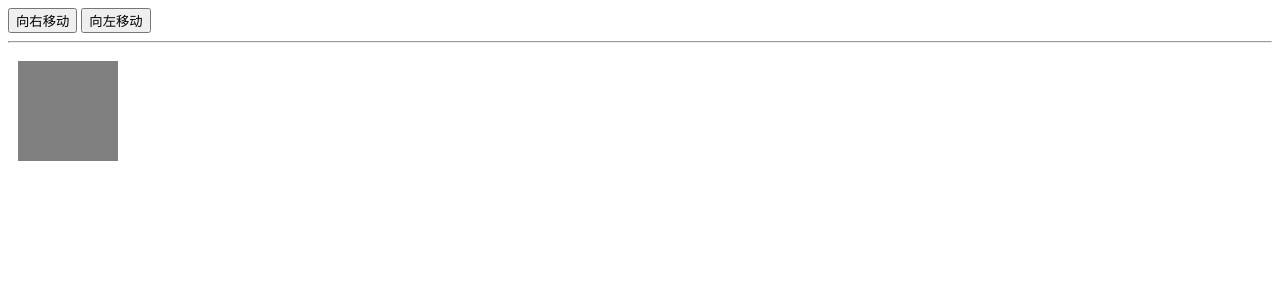
Repository: jsjchai/springmvc_study
Page: springmvc/jquery/jquery_Test/WebContent/jqueryTest15.html
These files come from the project's save history. The page is drawn as it stood at one moment and after the next save; the edit follows.
The browser window is 1280 px wide. The pictures show the whole page.

Above is the page before, as saved 2015-04-06 12:24:31.

After the next save:
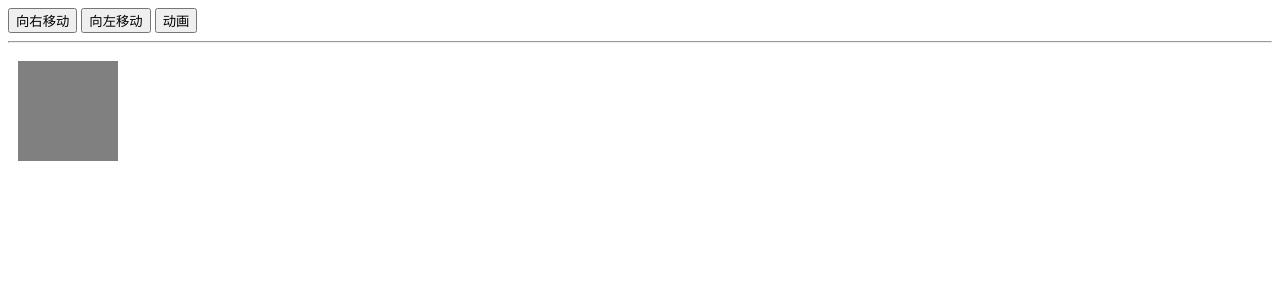
Saved 69 s later.
--- a/springmvc/jquery/jquery_Test/WebContent/jqueryTest15.html
+++ b/springmvc/jquery/jquery_Test/WebContent/jqueryTest15.html
@@ -25,6 +25,7 @@
 <body>
 	<input type="button" value="向右移动" id="b1">
 	<input type="button" value="向左移动" id="b2">
+	<input type="button" value="动画" id="b3">
 	<hr>
 	<div id="d1"
 		style="width: 100px; height: 100px; background-color: gray; margin: 10px; position: absolute;"></div>
